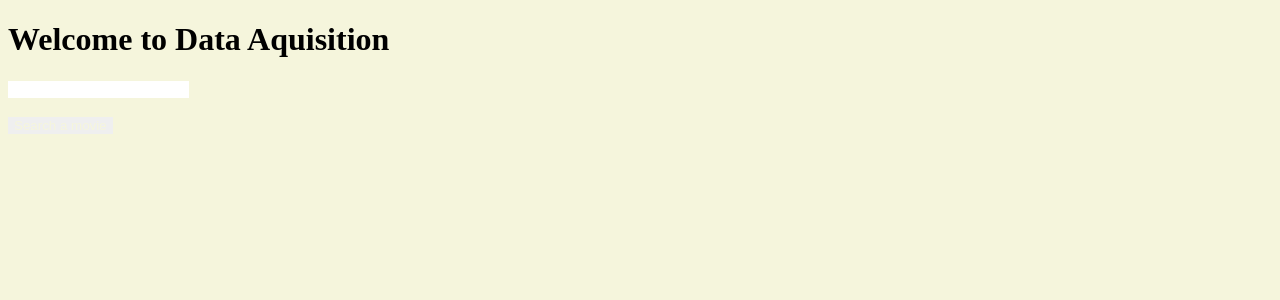
Repository: randy918/good-naked-beginning
Page: index.html
These files come from the project's save history. The page is drawn as it stood at one moment and after a run of saves; the edit follows.
The browser window is 1280 px wide. The pictures show the whole page.
The style sheet was rebuilt from its Sass, Less or Tailwind sources for each picture, by a compiler version that may differ from the author's.

Above is the page before, as saved 2023-01-01 15:08:40.

### index.html
<!DOCTYPE html>
<html lang="en">

    <head>
        <meta charset="UTF-8">
        <meta http-equiv="X-UA-Compatible" content="IE=edge">
        <meta name="viewport" content="width=device-width, initial-scale=1.0">
        <link rel="stylesheet" href="css/main.css" <script
            src="https://ajax.googleapis.com/ajax/libs/jquery/3.6.3/jquery.min.js" defer>

        <title>Movie App Esterling</title>
    </head>

    <body>

        <div class="container">
            <h1>Welcome to Data Aquisition</h1>

            <form>
                <div class="form-group">
                    <input type="text" id="inputValue">
                </div>

            </form>
        </div>
<br>
<button type="submit" id="search">Search a movie</button>

        <script src="js/key.js"></script>
        <script src="js/index.js"></script>

    </body>

</html>

<!-- ca1f26ba6eb2ba4fb641257b39d3bea7 -->

### js/key.js
const APIKEY = "ca1f26ba6eb2ba4fb641257b39d3bea7";

### js/index.js
//!  121822.0830        VARIABLES



//!  121822.0826        FUNCTIONS

const init = function () {
  main();
};


window.onload = function () {
    init();
};



//!  123122.1839        MAIN

const main = function () {

console.log('jhello');


};


//!  123122.1839        END

### css/main.scss
$colors: (bg: rgba(55, 66, 76, 1),
    theGreen: rgba(0, 173, 43, 1),
    theRed: rgba(194, 47, 51, 1),
    theOrange: rgba(255, 103, 0, 1),
    theRodeoPink: #f1a1a4,
    theRodeoBlue: #7f86b0,
    theYellow: rgb(221, 172, 94),
    theGray: rgb(78, 92, 107),
    theBackground: rgba(241, 227, 214, 1),
    theDarkGray: rgba(43, 50, 56, 1),
    theBrown: rgba(101, 42, 36, 1),
    bitByBitRed: rgba(240, 44, 80, 1),
    bitByBitBlue: rgba(0, 79, 136, 1),
    bitByBitBlonde: rgba(241, 227, 214, 1),
    bbb2-TranquilSea: rgba(188, 199, 203, 1),
    bbb2-RedMyMind: rgba(143, 57, 56, 1),
    bbb2-SnowyPine: rgba(226, 223, 216, 1),
    bbb2-Basswood: rgba(188, 166, 142, 1),
    bbb2-CompassBlue: rgba(51, 66, 87, 1),
);

@function getColor($color-name) {
    @return map-get($colors, $color-name);
}

* {
    box-sizing: border-box;
    border: none;
}

body {

background: beige;

}

h1 {



}

#search {

color: beige;


}

After the next 5 saves:
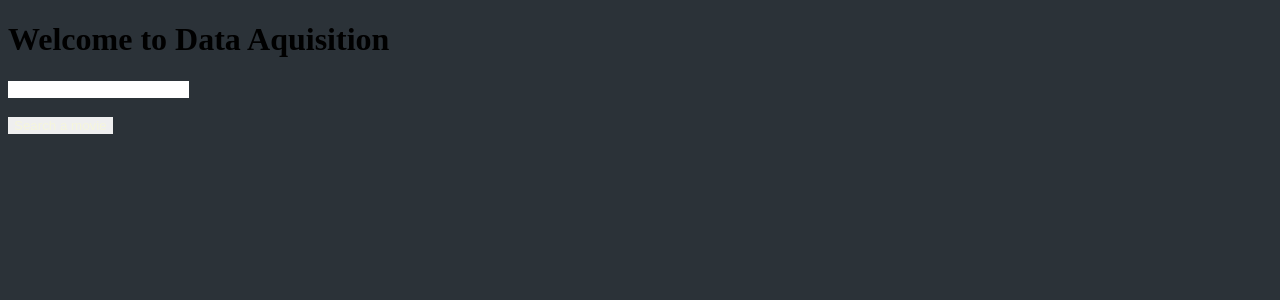
The 5 saves are shown as one change because they came seconds apart.
The last was saved 34 s later.
--- a/css/main.scss
+++ b/css/main.scss
@@ -30,7 +30,7 @@ $colors: (bg: rgba(55, 66, 76, 1),
 
 body {
 
-background: beige;
+background: getColor(theDarkGray);
 
 }
 
